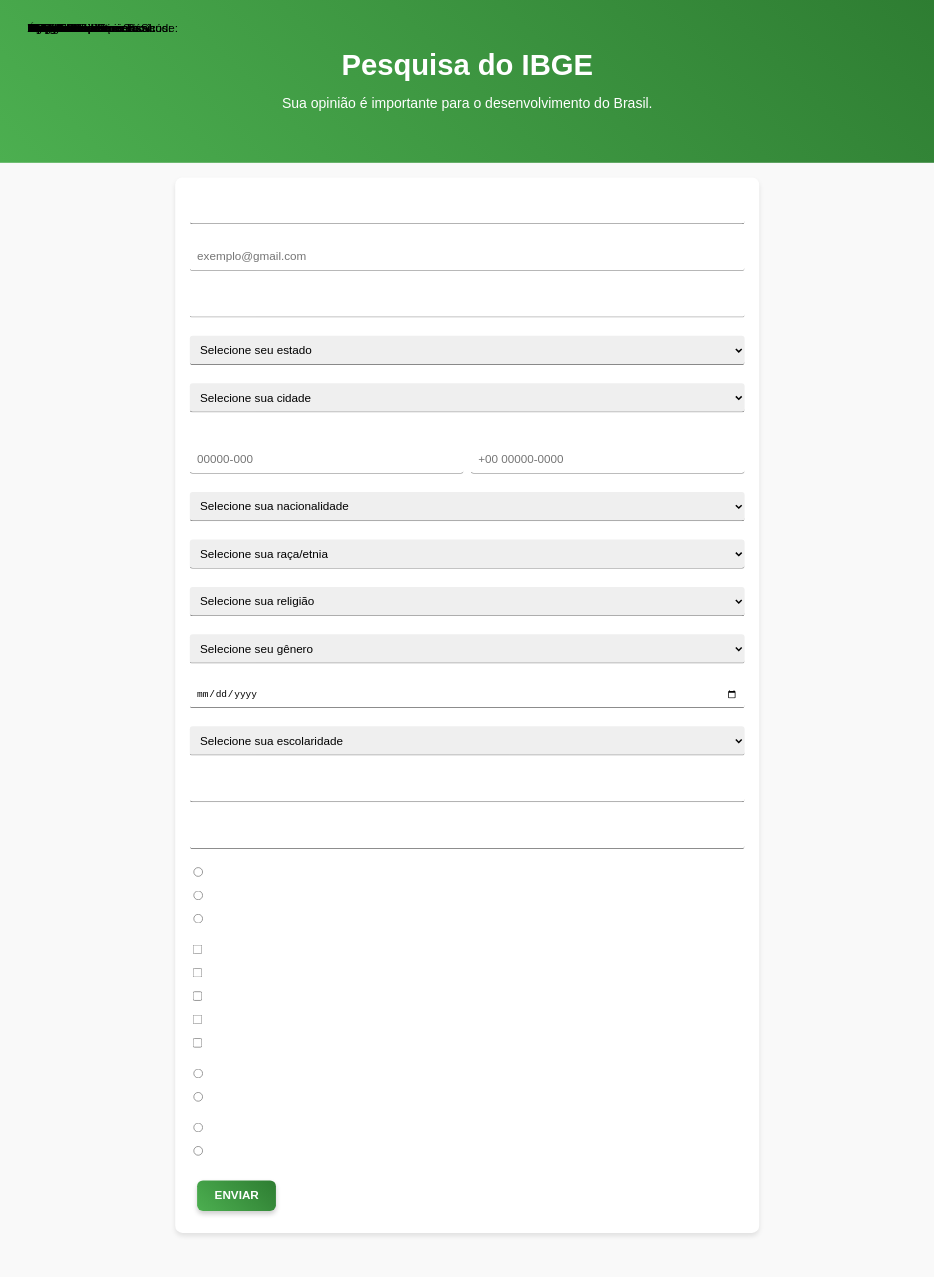
Repository: Gabrielb0rn/Projeto-Formul-rio.io
Page: index.html
An editor plug-in stored every save of this project. The page is shown before and after the next save, followed by the edit.
The browser window is 1280 px wide. The pictures show the whole page, at 73% of full size.

Above is the page before, as saved 2024-07-01 08:47:38.

### index.html
<!DOCTYPE html>
<html lang="pt-BR">
<head>
    <meta charset="UTF-8">
    <meta name="viewport" content="width=device-width, initial-scale=1.0">
    <title>Pesquisa do IBGE</title>
    <link rel="stylesheet" href="assets/style.css">
</head>
<body>
    <header>
        <div class="container">
            <h1>Pesquisa do IBGE</h1>
            <p>Sua opinião é importante para o desenvolvimento do Brasil.</p>
        </div>
    </header>
    <main>
        <div class="container">
            <form id="form">
                <div class="form-group">
                    <label for="nome">Nome completo:</label>
                    <input type="text" id="nome" name="nome" required>
                </div>
                <div class="form-group">
                    <label for="email">E-mail:</label>
                    <input type="email" id="email" name="email" required placeholder="exemplo@gmail.com">
                </div>
                <div class="form-group">
                    <label for="idade">Idade:</label>
                    <input type="number" id="idade" name="idade" required>
                </div>
                <div class="form-group">
                    <label for="estado">Estado:</label>
                    <select id="estado" name="estado" required>
                        <option value="">Selecione seu estado</option>
                        <option value="AC">Acre</option>
                        <option value="AL">Alagoas</option>
                        <option value="AP">Amapá</option>
                        <option value="AM">Amazonas</option>
                        <option value="BA">Bahia</option>
                        <option value="CE">Ceará</option>
                        <option value="DF">Distrito Federal</option>
                        <option value="ES">Espírito Santo</option>
                        <option value="GO">Goiás</option>
                        <option value="MA">Maranhão</option>
                        <option value="MG">Minas Gerais</option>
                        <option value="MS">Mato Grosso do Sul</option>
                        <option value="MT">Mato Grosso</option>
                        <option value="PA">Pará</option>
                        <option value="PB">Paraíba</option>
                        <option value="PE">Pernambuco</option>
                        <option value="PI">Piauí</option>
                        <option value="PR">Paraná</option>
                        <option value="RJ">Rio de Janeiro</option>
                        <option value="RN">Rio Grande do Norte</option>
                        <option value="RO">Rondônia</option>
                        <option value="RR">Roraima</option>
                        <option value="RS">Rio Grande do Sul</option>
                        <option value="SC">Santa Catarina</option>
                        <option value="SE">Sergipe</option>
                        <option value="SP">São Paulo</option>
                        <option value="TO">Tocantins</option>
                    </select>
                </div>
                <div class="form-group inline-group">
                    <div class="form-group">
                        <label for="cidade">Cidade:</label>
                        <select id="cidade" name="cidade" required>
                            <option value="">Selecione sua cidade</option>
                        </select>
                    </div>
                </div>
                <div class="form-group inline-group">
                    <div>
                        <label for="cep">CEP:</label>
                        <input type="text" id="cep" name="cep" required placeholder="00000-000">
                    </div>
                    <div>
                        <label for="telefone">Telefone:</label>
                        <input type="tel" id="telefone" name="telefone" required placeholder="+00 00000-0000">
                    </div>
                </div>
                <div class="form-group">
                    <label for="nacionalidade">Nacionalidade:</label>
                    <select id="nacionalidade" name="nacionalidade" required>
                        <option value="">Selecione sua nacionalidade</option>
                        <option value="Brasileiro">Brasileiro</option>
                        <option value="Estrangeiro">Estrangeiro</option>
                    </select>
                </div>
                <div class="form-group">
                    <label for="raca">Raça/Etnia:</label>
                    <select id="raca" name="raca" required>
                        <option value="">Selecione sua raça/etnia</option>
                        <option value="Branca"></option>
                        <option value="Preta"></option>
                        <option value="Parda"></option>
                        <option value="Amarela"></option>
                        <option value="Indígena"></option>
                        <option value="Alien"></option>
                    </select>
                </div>
                <div class="form-group">
                    <label for="religiao">Religião:</label>
                    <select id="religiao" name="religiao" required>
                        <option value="">Selecione sua religião</option>
                        <option value="Católica"></option>
                        <option value="Evangélica"></option>
                        <option value="Espírita"></option>
                        <option value="Outras"></option>
                    </select>
                </div>
                <div class="form-group">
                    <label for="genero">Gênero:</label>
                    <select id="genero" name="genero" required>
                        <option value="">Selecione seu gênero</option>
                        <option value="Masculino">Masculino</option>
                        <option value="Feminino">Feminino</option>
                        <option value="Outro">Outro</option>
                    </select>
                </div>
                <div class="form-group">
                    <label for="data_nascimento">Data de Nascimento:</label>
                    <input type="date" id="data_nascimento" name="data_nascimento" required>
                </div>
                <div class="form-group">
                    <label for="escolaridade">Escolaridade:</label>
                    <select id="escolaridade" name="escolaridade" required>
                        <option value="">Selecione sua escolaridade</option>
                        <option value="Ensino Fundamental Incompleto">Ensino Fundamental Incompleto</option>
                        <option value="Ensino Fundamental Completo">Ensino Fundamental Completo</option>
                        <option value="Ensino Médio Incompleto">Ensino Médio Incompleto</option>
                        <option value="Ensino Médio Completo">Ensino Médio Completo</option>
                        <option value="Superior Incompleto">Superior Incompleto</option>
                        <option value="Superior Completo">Superior Completo</option>
                        <option value="Pós-Graduação">Pós-Graduação</option>
                    </select>
                </div>
                <div class="form-group">
                    <label for="renda">Renda familiar mensal:</label>
                    <input type="number" id="renda" name="renda" required>
                </div>
                <div class="form-group">
                    <label for="profissao">Profissão:</label>
                    <input type="text" id="profissao" name="profissao">
                </div>
                <div class="form-group radio-group">
                    <label>Tipo de Moradia:</label>
                    <div>
                        <input type="radio" id="propria" name="moradia" value="propria">
                        <label for="propria">Própria</label>
                    </div>
                    <div>
                        <input type="radio" id="alugada" name="moradia" value="alugada">
                        <label for="alugada">Alugada</label>
                    </div>
                    <div>
                        <input type="radio" id="cedida" name="moradia" value="cedida">
                        <label for="cedida">Cedida</label>
                    </div>
                </div>
                <div class="form-group checkbox-group">
                    <label>Acesso a Serviços Básicos:</label>
                    <div>
                        <input type="checkbox" id="agua" name="servicos" value="agua">
                        <label for="agua">Água</label>
                    </div>
                    <div>
                        <input type="checkbox" id="energia" name="servicos" value="energia">
                        <label for="energia">Energia Elétrica</label>
                    </div>
                    <div>
                        <input type="checkbox" id="saneamento" name="servicos" value="saneamento">
                        <label for="saneamento">Saneamento Básico</label>
                    </div>
                    <div>
                        <input type="checkbox" id="internet" name="servicos" value="internet">
                        <label for="internet">Internet</label>
                    </div>
                    <div>
                        <input type="checkbox" id="coleta" name="servicos" value="coleta">
                        <label for="coleta">Coleta de Lixo</label>
                    </div>
                </div>
                <div class="form-group radio-group">
                    <label>Tipo de Assistência à Saúde:</label>
                    <div>
                        <input type="radio" id="publico" name="saude" value="publico">
                        <label for="publico">Público</label>
                    </div>
                    <div>
                        <input type="radio" id="privado" name="saude" value="privado">
                        <label for="privado">Privado</label>
                    </div>
                </div>
                <div class="form-group radio-group">
                    <label>Possui Deficiência?</label>
                    <div>
                        <input type="radio" id="sim" name="deficiencia" value="sim">
                        <label for="sim">Sim</label>
                    </div>
                    <div>
                        <input type="radio" id="nao" name="deficiencia" value="nao">
                        <label for="nao">Não</label>
                    </div>
                </div>
                <button type="submit" class="btn">Enviar</button>
            </form>
        </div>
    </main>
    <script src="assets\scripts.js"></script>
</body>
</html>

### assets/style.css
/* Estilos Globais */
body {
    font-family: 'Arial', sans-serif;
    margin: 0;
    padding: 0;
    background-color: #f9f9f9;
}

header {
    background: linear-gradient(45deg, #4CAF50, #2E7D32);
    color: white;
    padding: 20px 0;
    text-align: center;
}

.container {
    width: 90%;
    max-width: 800px;
    margin: 0 auto;
    padding: 20px;
}

/* Estilos de Texto */
h1 {
    font-size: 2.5em;
    margin-bottom: 10px;
}

p {
    font-size: 1.2em;
    margin-bottom: 30px;
}

/* Estilos do Formulário */
form {
    background-color: white;
    padding: 20px;
    border-radius: 10px;
    box-shadow: 0 4px 8px rgba(0, 0, 0, 0.1);
    margin-bottom: 40px;
}

.form-group {
    margin-bottom: 20px;
}

label {
    display: block;
    margin-bottom: 5px;
    font-weight: bold;
    position: absolute;
    top:30px;
    left:38px;
    transition: 0.3s;
}

input, select {
    width: 100%;
    padding: 10px;
    border: 1px solid #ddd;
    border-radius: 4px;
    box-sizing: border-box;
    font-size: 1em;
    margin-top: 5px;
    border:none;
    border-bottom: solid 1px #666;
    outline:none;
}

input[type="radio"], input[type="checkbox"] {
    width: auto;
    margin-right: 10px;
}

input[type="date"] {
    padding: 9px;
}

button {
    background: linear-gradient(45deg, #4CAF50, #2E7D32);
    color: white;
    border: none;
    padding: 15px 30px;
    text-align: center;
    cursor: pointer;
    border-radius: 5px;
    font-size: 1.2em;
    margin-top: 20px;
    transition: background 0.3s ease, transform 0.2s ease;
    box-shadow: 0 4px 8px rgba(0, 0, 0, 0.1);
}

button:hover {
    background: linear-gradient(45deg, #45a049, #388E3C);
    transform: translateY(-2px);
}

/* Estilos Responsivos */
@media (max-width: 600px) {
    h1 {
        font-size: 2em;
    }

    p {
        font-size: 1em;
    }

    form {
        padding: 15px;
    }

    button {
        width: 100%;
        padding: 15px;
    }
}

.btn {
    display: inline-block;
    padding: 12px 24px;
    font-size: 1em;
    font-weight: bold;
    text-transform: uppercase;
    text-decoration: none;
    color: white;
    background: linear-gradient(45deg, #4CAF50, #2E7D32);
    border: none;
    border-radius: 8px;
    box-shadow: 0 4px 8px rgba(0, 0, 0, 0.2);
    cursor: pointer;
    transition: all 0.3s ease;
    margin: 10px;
}

.btn:hover {
    background: linear-gradient(45deg, #45a049, #388E3C);
    transform: translateY(-2px);
    box-shadow: 0 6px 12px rgba(0, 0, 0, 0.3);
}

.btn:active {
    transform: translateY(0);
    box-shadow: 0 4px 8px rgba(0, 0, 0, 0.2);
}

/* Estilos de Grupo de Inputs */
.form-group.inline-group {
    display: flex;
    flex-wrap: wrap;
    justify-content: space-between;
}

.form-group.inline-group > div {
    flex: 1;
    min-width: 45%;
}

.form-group.inline-group > div:not(:last-child) {
    margin-right: 10px;
}

/* Estilos de Serviços Básicos e Tipo de Moradia */
.form-group.checkbox-group, .form-group.radio-group {
    display: fixed;
    flex-wrap: wrap;
}

.form-group.checkbox-group > div, .form-group.radio-group > div {
    flex: 1;
    min-width: 45%;
    margin-bottom: 10px;
}

.form-group.checkbox-group label, .form-group.radio-group label {
    font-weight: normal;
}

### assets/scripts.js
document.addEventListener('DOMContentLoaded', function() {
    const estadoSelect = document.getElementById('estado');
    const cidadeSelect = document.getElementById('cidade');

    const cidadesPorEstado = {
        "AC": ["Rio Branco", "Cruzeiro do Sul", "Sena Madureira"],
        "AL": ["Maceió", "Arapiraca", "Palmeira dos Índios"],
        "AP": ["Macapá", "Santana", "Laranjal do Jari"],
        "AM": ["Manaus", "Parintins", "Itacoatiara"],
        "BA": ["Salvador", "Feira de Santana", "Vitória da Conquista"],
        "CE": ["Fortaleza", "Caucaia", "Juazeiro do Norte"],
        "DF": ["Brasília"],
        "ES": ["Vitória", "Vila Velha", "Serra"],
        "GO": ["Goiânia", "Aparecida de Goiânia", "Anápolis"],
        "MA": ["São Luís", "Imperatriz", "Timon"],
        "MG": ["Belo Horizonte", "Uberlândia", "Contagem"],
        "MS": ["Campo Grande", "Dourados", "Três Lagoas"],
        "MT": ["Cuiabá", "Várzea Grande", "Rondonópolis"],
        "PA": ["Belém", "Ananindeua", "Santarém"],
        "PB": ["João Pessoa", "Campina Grande", "Santa Rita"],
        "PE": ["Recife", "Jaboatão dos Guararapes", "Olinda"],
        "PI": ["Teresina", "Parnaíba", "Picos"],
        "PR": ["Curitiba", "Londrina", "Maringá"],
        "RJ": ["Rio de Janeiro", "Niterói", "Duque de Caxias"],
        "RN": ["Natal", "Mossoró", "Parnamirim"],
        "RO": ["Porto Velho", "Ji-Paraná", "Ariquemes"],
        "RR": ["Boa Vista", "Rorainópolis", "Caracaraí"],
        "RS": ["Porto Alegre", "Caxias do Sul", "Pelotas"],
        "SC": ["Florianópolis", "Joinville", "Blumenau"],
        "SE": ["Aracaju", "Nossa Senhora do Socorro", "Lagarto"],
        "SP": ["São Paulo", "Campinas", "São Bernardo do Campo"],
        "TO": ["Palmas", "Araguaína", "Gurupi"]
    };

    estadoSelect.addEventListener('change', function() {
        const estadoSelecionado = estadoSelect.value;
        cidadeSelect.innerHTML = '<option value="">Selecione sua cidade</option>'; //Script para limpar as outras opc

        if (estadoSelecionado) {
            const cidades = cidadesPorEstado[estadoSelecionado];
            cidades.forEach(function(cidade) {
                const option = document.createElement('option');
                option.value = cidade;
                option.textContent = cidade;
                cidadeSelect.appendChild(option);
            });
        }
    });
});

After the next save:
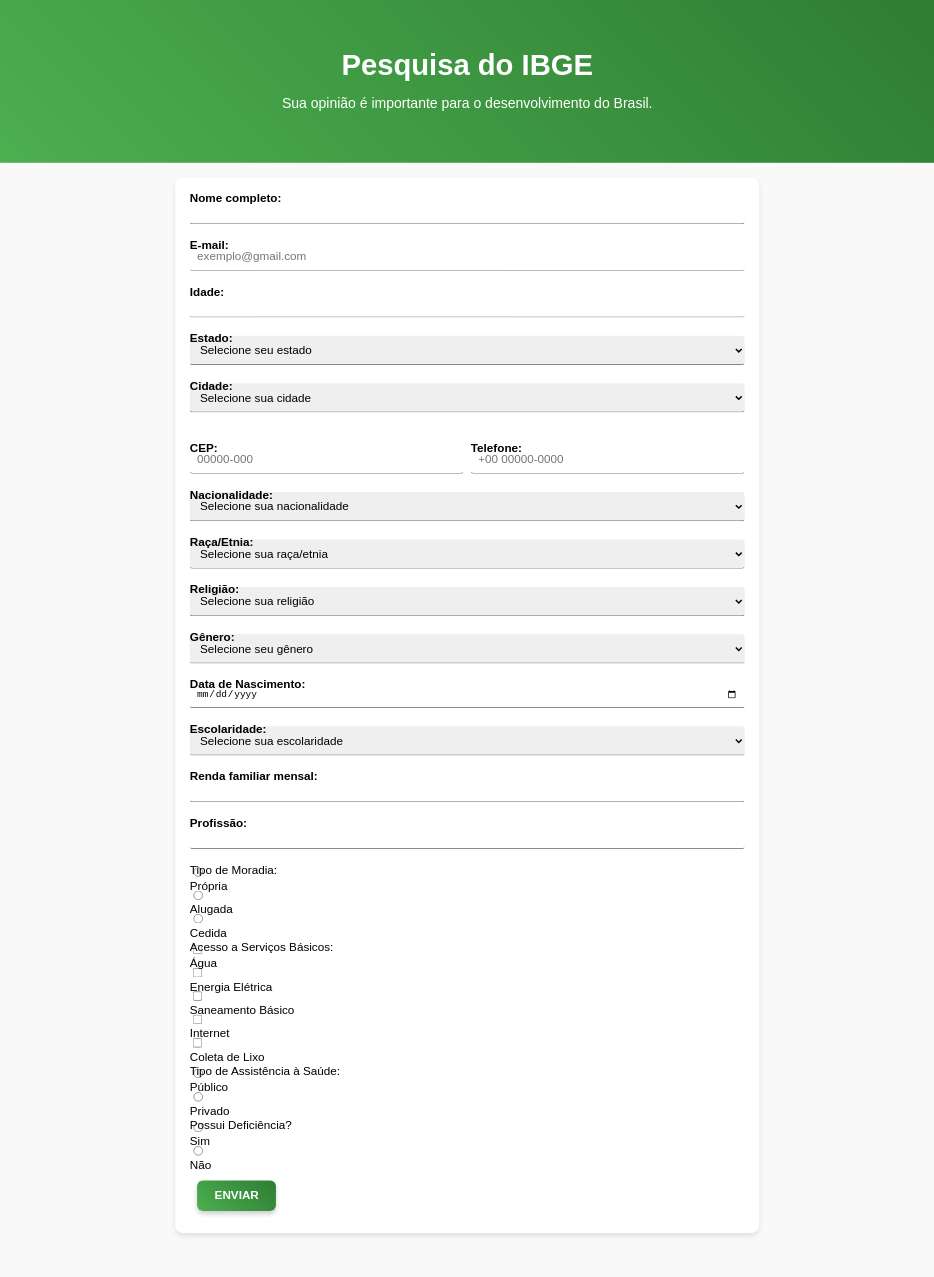
Saved 13 s later.
--- a/assets/style.css
+++ b/assets/style.css
@@ -49,8 +49,6 @@
     margin-bottom: 5px;
     font-weight: bold;
     position: absolute;
-    top:30px;
-    left:38px;
     transition: 0.3s;
 }
 
